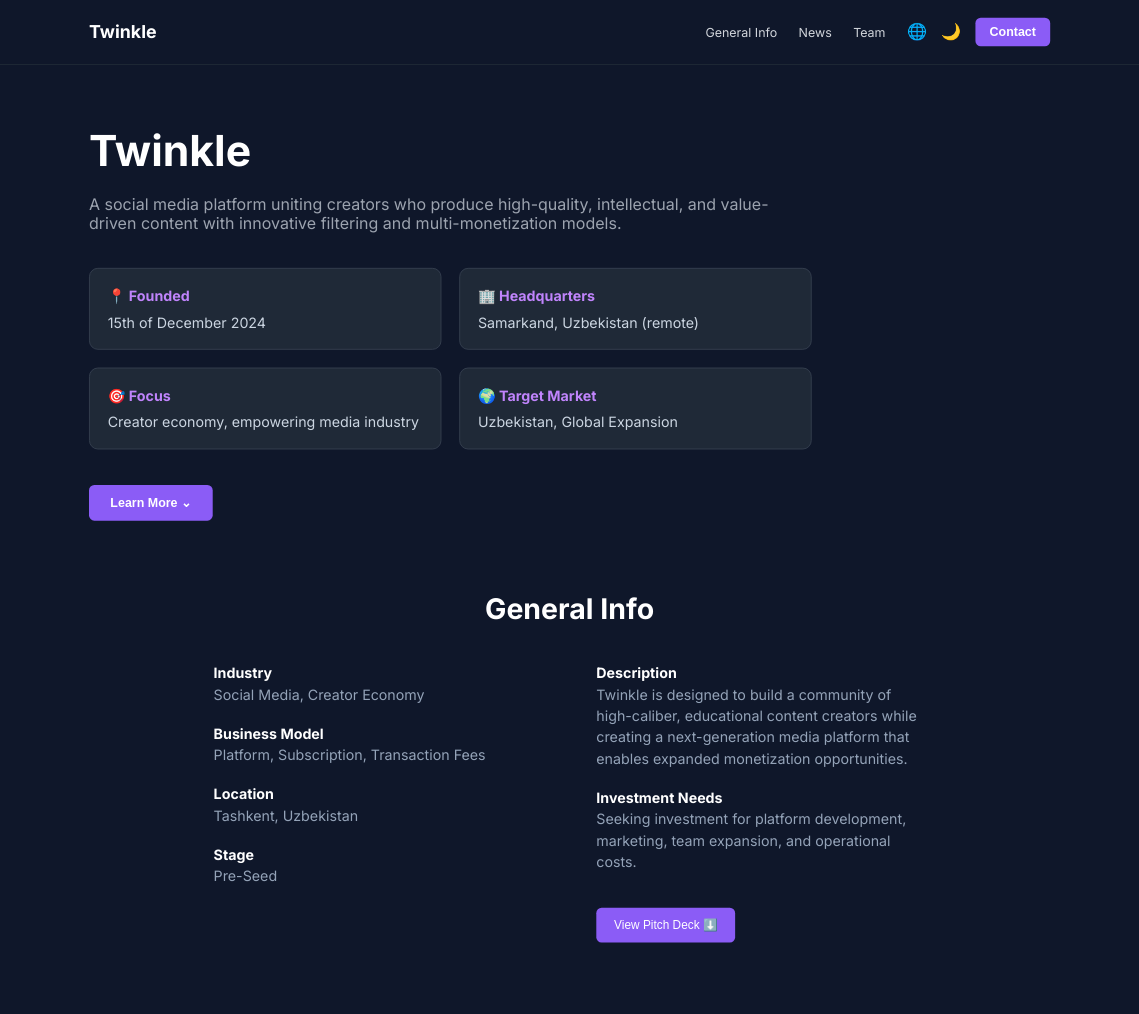
Repository: techboy-33/Twinkle-web
Page: index.html
These files come from the project's save history. The page is drawn as it stood at one moment and after the next save; the edit follows.
The browser window is 1280 px wide. The pictures show the whole page, at 89% of full size.

Above is the page before, as saved 2025-05-12 10:13:12.

After the next save:
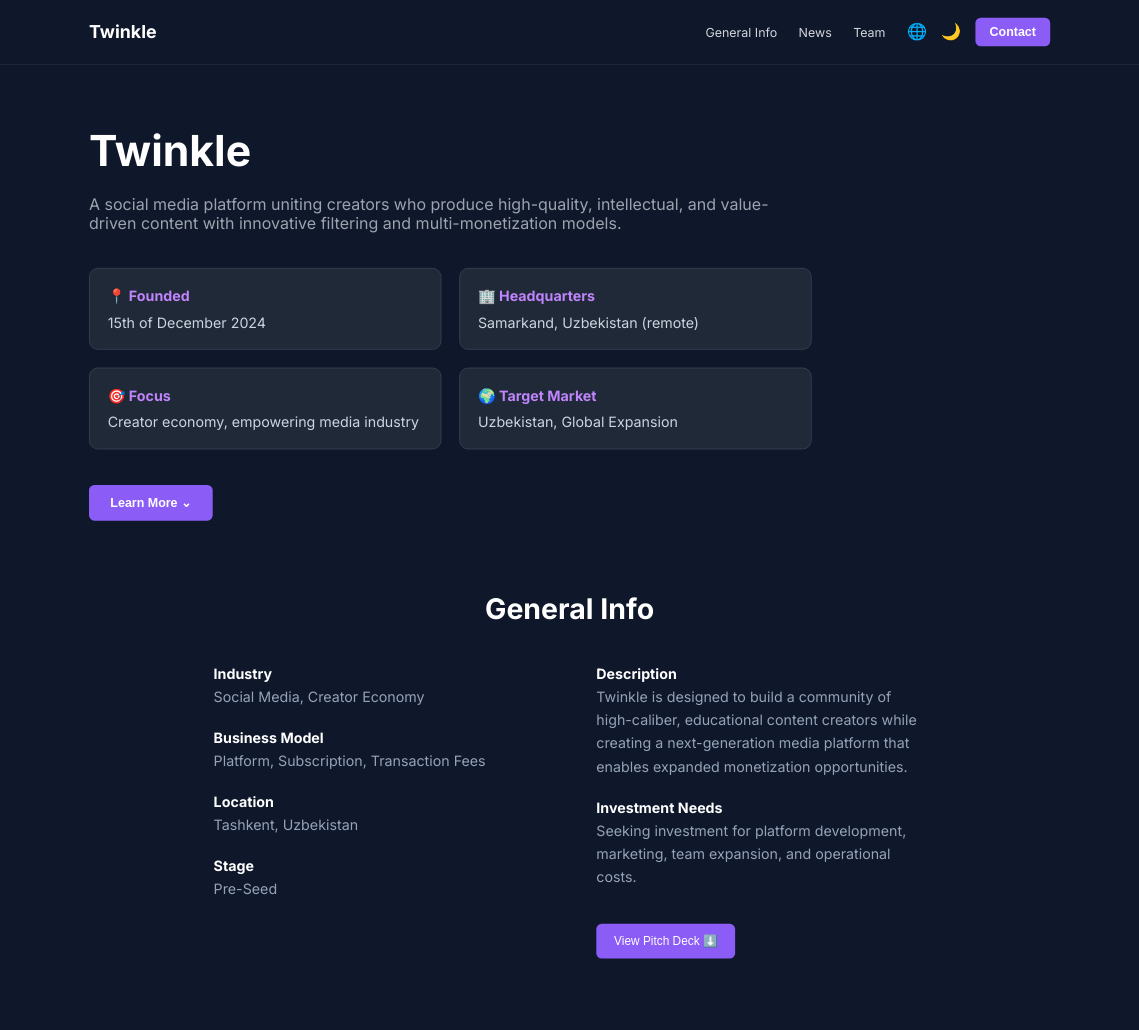
Saved 13 s later.
--- a/styles.css
+++ b/styles.css
@@ -169,7 +169,7 @@
 .info-columns p {
   margin-bottom: 20px;
   color: #94a3b8;
-  line-height: 24px;
+  line-height: 26px;
 }
 
 .info-columns strong {
